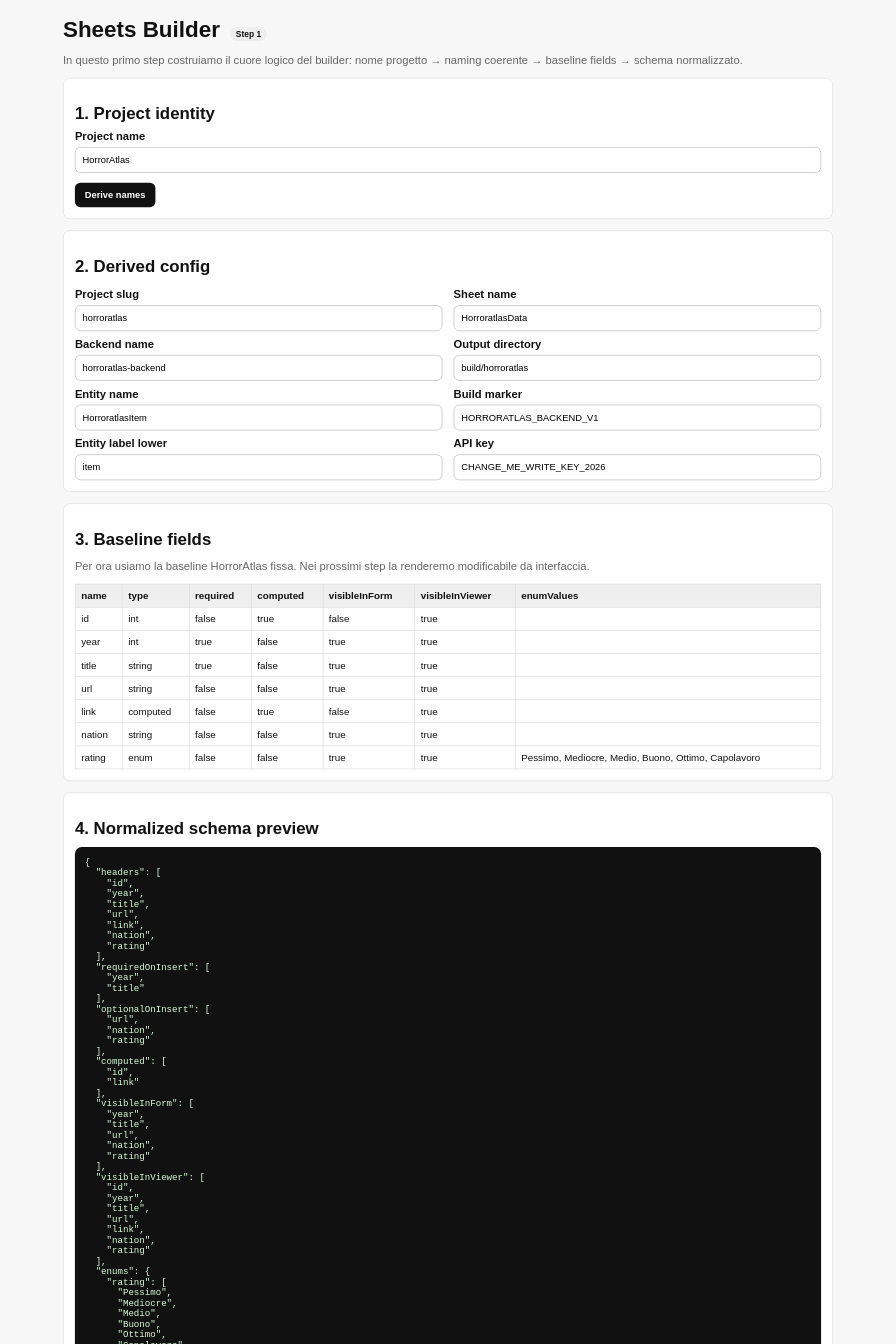
Repository: progettazionemauro/sheets.builder
Page: docs/index.html
These files come from the project's save history. The page is drawn as it stood at one moment and after a run of saves; the edit follows.
The browser window is 1280 px wide. The pictures show the part of the page from y = 0 to 1920 px (the page is 3643 px tall), at 70% of full size.

Above is the page before, as saved 2026-03-19 22:17:35.

After the next 2 saves:
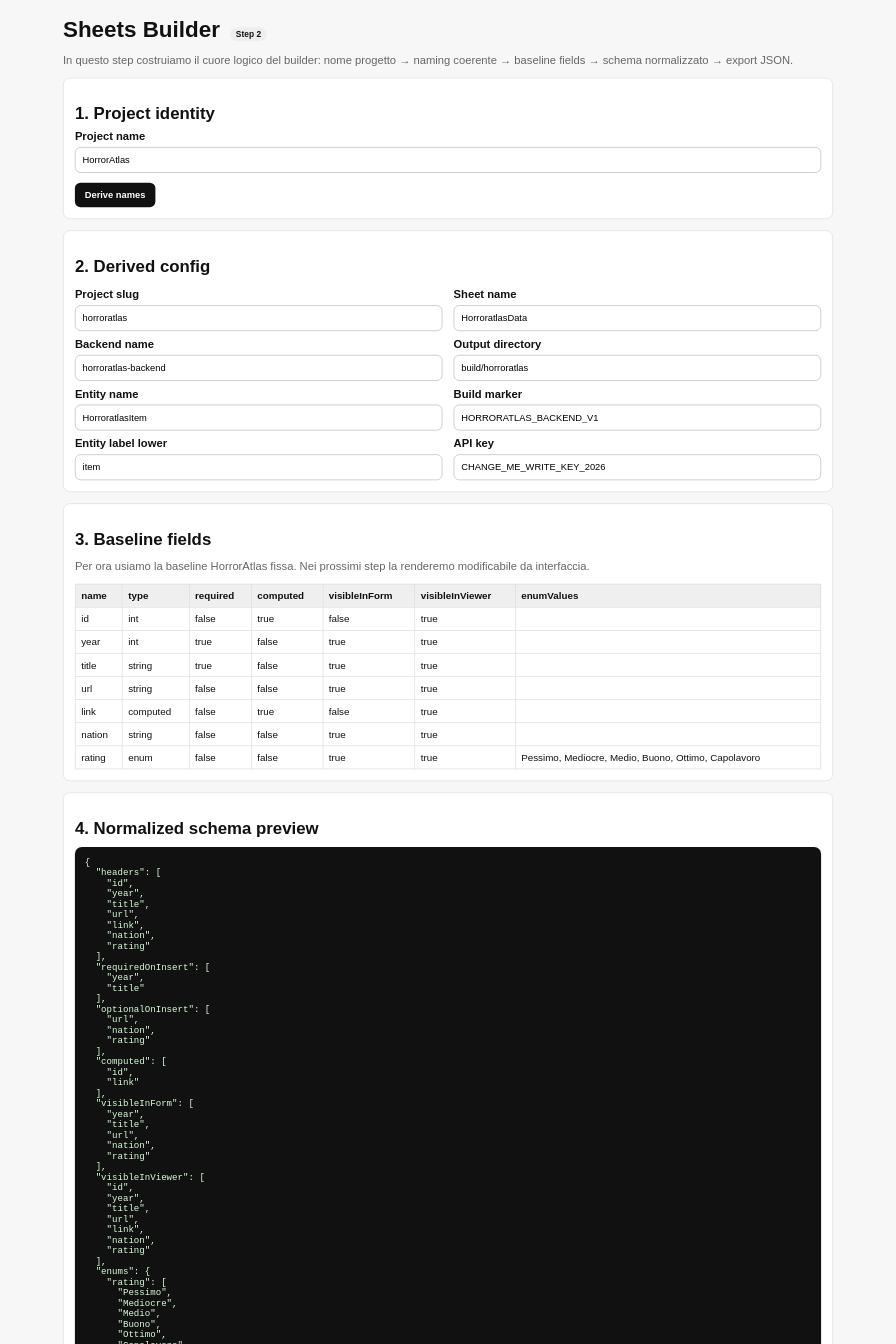
The 2 saves are shown as one change because they came seconds apart.
The last was saved 2 min 21 s later.
--- a/docs/index.html
+++ b/docs/index.html
@@ -3,9 +3,8 @@
 <head>
   <meta charset="UTF-8" />
   <meta name="viewport" content="width=device-width, initial-scale=1.0" />
-  <title>Sheets Builder — Step 1</title>
+  <title>Sheets Builder — Step 2</title>
   <style>
-
     body {
       font-family: Arial, sans-serif;
       max-width: 1100px;
@@ -102,10 +101,10 @@
 </head>
 <body>
 
-  <h1>Sheets Builder <span class="badge">Step 1</span></h1>
+  <h1>Sheets Builder <span class="badge">Step 2</span></h1>
   <p class="muted">
-    In questo primo step costruiamo il cuore logico del builder:
-    nome progetto → naming coerente → baseline fields → schema normalizzato.
+    In questo step costruiamo il cuore logico del builder:
+    nome progetto → naming coerente → baseline fields → schema normalizzato → export JSON.
   </p>
 
   <div class="card">
@@ -183,19 +182,19 @@
   </div>
 
   <div class="card">
-  <h2>6. Generate project (JSON only)</h2>
-
-  <button id="generateBtn">Generate JSON files</button>
-
-  <p class="muted">
-    Questo step genera i primi artefatti del builder:
-    project.config.json e fields.schema.json
-  </p>
-</div>
+    <h2>6. Generate project (JSON only)</h2>
+
+    <button id="generateBtn" type="button">Generate JSON files</button>
+
+    <p class="muted">
+      Questo step genera i primi artefatti del builder:
+      project.config.json e fields.schema.json
+    </p>
+  </div>
 
 <script>
   // ============================================================
-  // STEP 1 — FOUNDATION
+  // STEP 2 — FOUNDATION + JSON EXPORT
   // ============================================================
 
   function slugify(value) {
@@ -415,56 +414,53 @@
   }
 
   function downloadFile(filename, content) {
-  const blob = new Blob([content], { type: "application/json" });
-  const url = URL.createObjectURL(blob);
-
-  const a = document.createElement("a");
-  a.href = url;
-  a.download = filename;
-  a.click();
-
-  URL.revokeObjectURL(url);
-}
-
-function generateProjectFiles() {
-  const state = getBuilderState();
-  const schema = normalizeSchema(state.fields);
-
-  // File 1 — project config
-  const projectConfig = {
-    projectName: state.projectName,
-    projectSlug: state.projectSlug,
-    backendName: state.backendName,
-    entityName: state.entityName,
-    entityLabelLower: state.entityLabelLower,
-    sheetName: state.sheetName,
-    outputDirectory: state.outputDirectory,
-    buildMarker: state.buildMarker,
-    apiKey: state.apiKey,
-    generatedAt: new Date().toISOString()
-  };
-
-  // File 2 — schema
-  const fieldSchema = {
-    headers: schema.headers,
-    requiredOnInsert: schema.requiredOnInsert,
-    optionalOnInsert: schema.optionalOnInsert,
-    computed: schema.computed,
-    visibleInForm: schema.visibleInForm,
-    visibleInViewer: schema.visibleInViewer,
-    enums: schema.enums
-  };
-
-  // Download
-  downloadFile("project.config.json", JSON.stringify(projectConfig, null, 2));
-  downloadFile("fields.schema.json", JSON.stringify(fieldSchema, null, 2));
-}
+    const blob = new Blob([content], { type: "application/json" });
+    const url = URL.createObjectURL(blob);
+
+    const a = document.createElement("a");
+    a.href = url;
+    a.download = filename;
+    document.body.appendChild(a);
+    a.click();
+    document.body.removeChild(a);
+
+    URL.revokeObjectURL(url);
+  }
+
+  function generateProjectFiles() {
+    const state = getBuilderState();
+    const schema = normalizeSchema(state.fields);
+
+    const projectConfig = {
+      projectName: state.projectName,
+      projectSlug: state.projectSlug,
+      backendName: state.backendName,
+      entityName: state.entityName,
+      entityLabelLower: state.entityLabelLower,
+      sheetName: state.sheetName,
+      outputDirectory: state.outputDirectory,
+      buildMarker: state.buildMarker,
+      apiKey: state.apiKey,
+      generatedAt: new Date().toISOString()
+    };
+
+    const fieldSchema = {
+      headers: schema.headers,
+      requiredOnInsert: schema.requiredOnInsert,
+      optionalOnInsert: schema.optionalOnInsert,
+      computed: schema.computed,
+      visibleInForm: schema.visibleInForm,
+      visibleInViewer: schema.visibleInViewer,
+      enums: schema.enums
+    };
+
+    downloadFile("project.config.json", JSON.stringify(projectConfig, null, 2));
+    downloadFile("fields.schema.json", JSON.stringify(fieldSchema, null, 2));
+  }
 
   document.getElementById("deriveBtn").addEventListener("click", deriveNames);
   document.getElementById("projectName").addEventListener("input", deriveNames);
-  document
-  .getElementById("generateBtn")
-  .addEventListener("click", generateProjectFiles);
+  document.getElementById("generateBtn").addEventListener("click", generateProjectFiles);
 
   deriveNames();
 </script>
